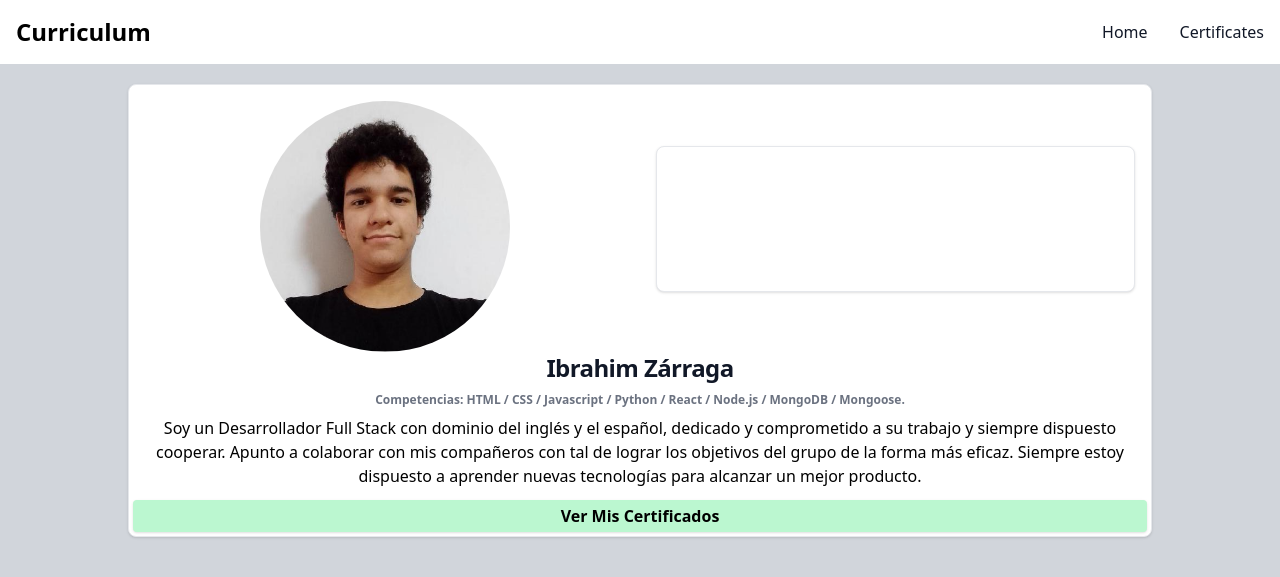
Repository: JetPi/Presentatio-Project
Page: /
An editor plug-in stored every save of this project. The page is shown before and after the next save, followed by the edit.
The browser window is 1280 px wide. The pictures show the whole page.
The project was rebuilt for these pictures with package versions that can differ from the ones it lists, and the page was loaded fresh each time. The framework's server and built-in components were replaced by stand-ins that run in the browser. Also part of the build but not shown: next.config.js.

Above is the page before, as saved 2023-04-04 14:11:46.

### src/pages/_app.tsx
import "@/styles/globals.css";
import type { AppProps } from "next/app";
import { NavBar } from "@/components/NavBar";

const navList = [
  { text: "Home", href: "/" },
  { text: "Certificates", href: "/about/certificates" },
];

export default function App({ Component, pageProps }: AppProps) {
  return (
    <div className="min-h-screen pb-2 bg-gray-300 h-cover">
      <NavBar navList={navList} />
      <Component {...pageProps} />
    </div>
  );
}

### src/pages/index.tsx
import Head from "next/head";
import Image from "next/image";
import { Inter } from "next/font/google";
import styles from "@/styles/Home.module.css";
import { Card } from "@/components/Card";
import { CardTitle } from "@/components/Card";
import { Url } from "url";
import { LinkButton } from "@/components/Button";
import Link from "next/link";

const inter = Inter({ subsets: ["latin"] });

let mySkills = [
  "HTML",
  "CSS",
  "Javascript",
  "Python",
  "React",
  "Node.js",
  "MongoDB",
  "Mongoose",
];

let myDescription =
  "Soy un Desarrollador Full Stack con dominio del inglés y el español, dedicado y comprometido a su trabajo y siempre dispuesto cooperar. Apunto a colaborar con mis compañeros con tal de lograr los objetivos del grupo de la forma más eficaz. Siempre estoy dispuesto a aprender nuevas tecnologías para alcanzar un mejor producto.";

for (let i = 0; i < mySkills.length; i++) {
  const element = mySkills[i];
  if (i === mySkills.length - 1) {
    mySkills[i] = element + ".";
  } else {
    mySkills[i] = element + " / ";
  }
}

export default function Home() {
  const url: Url = {
    href: "/about/certificates",
    auth: null,
    hash: null,
    host: null,
    hostname: null,
    path: null,
    pathname: null,
    protocol: null,
    search: null,
    slashes: null,
    port: null,
    query: null,
  };

  const linkedInLink: Url = {
    href: "https://www.linkedin.com/in/ibrahim-z%C3%A1rraga-56ba29240/?locale=es_ES",
    auth: null,
    hash: null,
    host: null,
    hostname: null,
    path: null,
    pathname: null,
    protocol: null,
    search: null,
    slashes: null,
    port: null,
    query: null,
  };
  return (
    <>
      <div className="flex justify-center pt-5 ">
        <Card styling="flex flex-col w-4/5">
          <div className="grid grid-cols-2">
            <Image
              className="flex mx-auto mt-4 rounded-full "
              src={"/Foto de Presentación.png"}
              width={250}
              height={250}
              alt={"Profile Photo"}
            />
            <div className="my-auto">
              <Card styling="bg-green-600 mx-cover h-fit text-white p-6 m-4 flex flex-col">
                <div className="flex flex-row flex-wrap">
                  <b>Email:</b>{" "}
                  <span className="ml-auto">
                    ialejandromonasterios@gmail.com
                  </span>
                </div>
                <div className="flex flex-row">
                  <b>Phone:</b> <span className="ml-auto">0424-1434083</span>
                </div>
                <div className="flex flex-row">
                  <b>LinkedIn:</b>{" "}
                  <Link
                    href="https://www.linkedin.com/in/ibrahim-z%C3%A1rraga-56ba29240/?locale=es_ES"
                    className="ml-auto"
                  >
                    <svg
                      xmlns="http://www.w3.org/2000/svg"
                      className="w-5 h-5"
                      fill="currentColor"
                      viewBox="0 0 24 24"
                    >
                      <path d="M4.98 3.5c0 1.381-1.11 2.5-2.48 2.5s-2.48-1.119-2.48-2.5c0-1.38 1.11-2.5 2.48-2.5s2.48 1.12 2.48 2.5zm.02 4.5h-5v16h5v-16zm7.982 0h-4.968v16h4.969v-8.399c0-4.67 6.029-5.052 6.029 0v8.399h4.988v-10.131c0-7.88-8.922-7.593-11.018-3.714v-2.155z" />
                    </svg>
                  </Link>
                </div>
                <div className="flex flex-row">
                  <b>GitHub:</b>{" "}
                  <Link href="https://github.com/JetPi" className="ml-auto">
                    <svg
                      xmlns="http://www.w3.org/2000/svg"
                      className="w-5 h-5"
                      fill="currentColor"
                      viewBox="0 0 24 24"
                    >
                      <path d="M12 0c-6.626 0-12 5.373-12 12 0 5.302 3.438 9.8 8.207 11.387.599.111.793-.261.793-.577v-2.234c-3.338.726-4.033-1.416-4.033-1.416-.546-1.387-1.333-1.756-1.333-1.756-1.089-.745.083-.729.083-.729 1.205.084 1.839 1.237 1.839 1.237 1.07 1.834 2.807 1.304 3.492.997.107-.775.418-1.305.762-1.604-2.665-.305-5.467-1.334-5.467-5.931 0-1.311.469-2.381 1.236-3.221-.124-.303-.535-1.524.117-3.176 0 0 1.008-.322 3.301 1.23.957-.266 1.983-.399 3.003-.404 1.02.005 2.047.138 3.006.404 2.291-1.552 3.297-1.23 3.297-1.23.653 1.653.242 2.874.118 3.176.77.84 1.235 1.911 1.235 3.221 0 4.609-2.807 5.624-5.479 5.921.43.372.823 1.102.823 2.222v3.293c0 .319.192.694.801.576 4.765-1.589 8.199-6.086 8.199-11.386 0-6.627-5.373-12-12-12z" />
                    </svg>
                  </Link>
                </div>
              </Card>
            </div>
          </div>
          <CardTitle>Ibrahim Zárraga</CardTitle>
          <div className="mx-auto text-xs font-semibold text-gray-500">
            Competencias: {mySkills}
          </div>
          <div className="m-2 text-base text-center">{myDescription}</div>
          <LinkButton href={url}>Ver Mis Certificados</LinkButton>
        </Card>
      </div>
    </>
  );
}

### src/styles/globals.css
@tailwind base;
@tailwind components;
@tailwind utilities;

:root {
  --max-width: 1100px;
  --border-radius: 12px;
  --font-mono: ui-monospace, Menlo, Monaco, "Cascadia Mono", "Segoe UI Mono",
    "Roboto Mono", "Oxygen Mono", "Ubuntu Monospace", "Source Code Pro",
    "Fira Mono", "Droid Sans Mono", "Courier New", monospace;

  --foreground-rgb: 0, 0, 0;
  --background-start-rgb: 214, 219, 220;
  --background-end-rgb: 255, 255, 255;

  --primary-glow: conic-gradient(
    from 180deg at 50% 50%,
    #16abff33 0deg,
    #0885ff33 55deg,
    #54d6ff33 120deg,
    #0071ff33 160deg,
    transparent 360deg
  );
  --secondary-glow: radial-gradient(
    rgba(255, 255, 255, 1),
    rgba(255, 255, 255, 0)
  );

  --tile-start-rgb: 239, 245, 249;
  --tile-end-rgb: 228, 232, 233;
  --tile-border: conic-gradient(
    #00000080,
    #00000040,
    #00000030,
    #00000020,
    #00000010,
    #00000010,
    #00000080
  );

  --callout-rgb: 238, 240, 241;
  --callout-border-rgb: 172, 175, 176;
  --card-rgb: 180, 185, 188;
  --card-border-rgb: 131, 134, 135;
}

@media (prefers-color-scheme: dark) {
  :root {
    --foreground-rgb: 255, 255, 255;
    --background-start-rgb: 0, 0, 0;
    --background-end-rgb: 0, 0, 0;

    --primary-glow: radial-gradient(rgba(1, 65, 255, 0.4), rgba(1, 65, 255, 0));
    --secondary-glow: linear-gradient(
      to bottom right,
      rgba(1, 65, 255, 0),
      rgba(1, 65, 255, 0),
      rgba(1, 65, 255, 0.3)
    );

    --tile-start-rgb: 2, 13, 46;
    --tile-end-rgb: 2, 5, 19;
    --tile-border: conic-gradient(
      #ffffff80,
      #ffffff40,
      #ffffff30,
      #ffffff20,
      #ffffff10,
      #ffffff10,
      #ffffff80
    );

    --callout-rgb: 20, 20, 20;
    --callout-border-rgb: 108, 108, 108;
    --card-rgb: 100, 100, 100;
    --card-border-rgb: 200, 200, 200;
  }
}

* {
  box-sizing: border-box;
  padding: 0;
  margin: 0;
}

html,
body {
  max-width: 100vw;
  overflow-x: hidden;
}

body {
  color: rgb(var(--foreground-rgb));
}

a {
  color: inherit;
  text-decoration: none;
}

@media (prefers-color-scheme: dark) {
  html {
    color-scheme: dark;
  }
}

### src/components/NavBar.tsx
import Image from "next/image";
import Link from "next/link";
import { ReactNode } from "react";
type NavData = {
  href: string;
  text: string;
};

interface Props {
  children?: ReactNode | string;
  href?: string;
  navList?: Array<NavData>;
}

function NavItem({ children, href }: Props) {
  return (
    <li>
      <Link
        href={{ pathname: href }}
        className="block py-2 pl-3 pr-4 text-gray-900 rounded hover:bg-gray-100 md:hover:bg-transparent md:border-0 md:hover:text-blue-700 md:p-0 dark:text-white md:dark:hover:text-blue-500 dark:hover:bg-gray-700 dark:hover:text-white md:dark:hover:bg-transparent"
      >
        {children}
      </Link>
    </li>
  );
}

export function NavBar({ navList }: Props) {
  return (
    <nav className="bg-white border-gray-200 dark:bg-gray-900">
      <div className="flex flex-wrap items-center justify-between max-w-screen-xl p-4 mx-auto">
        <span className="self-center text-2xl font-semibold whitespace-nowrap dark:text-white">
          Curriculum
        </span>
        <button
          data-collapse-toggle="navbar-default"
          type="button"
          className="inline-flex items-center p-2 ml-3 text-sm text-gray-500 rounded-lg md:hidden hover:bg-gray-100 focus:outline-none focus:ring-2 focus:ring-gray-200 dark:text-gray-400 dark:hover:bg-gray-700 dark:focus:ring-gray-600"
          aria-controls="navbar-default"
          aria-expanded="false"
        >
          <span className="sr-only">Open main menu</span>
          <svg
            className="w-6 h-6"
            aria-hidden="true"
            fill="currentColor"
            viewBox="0 0 20 20"
            xmlns="http://www.w3.org/2000/svg"
          >
            <path
              fillRule="evenodd"
              d="M3 5a1 1 0 011-1h12a1 1 0 110 2H4a1 1 0 01-1-1zM3 10a1 1 0 011-1h12a1 1 0 110 2H4a1 1 0 01-1-1zM3 15a1 1 0 011-1h12a1 1 0 110 2H4a1 1 0 01-1-1z"
              clipRule="evenodd"
            ></path>
          </svg>
        </button>
        <div className="hidden w-full md:block md:w-auto" id="navbar-default">
          <ul className="flex flex-col p-4 mt-4 font-medium border border-gray-100 rounded-lg md:p-0 bg-gray-50 md:flex-row md:space-x-8 md:mt-0 md:border-0 md:bg-white dark:bg-gray-800 md:dark:bg-gray-900 dark:border-gray-700">
            {navList?.map((item) => {
              return (
                <NavItem href={item.href} key={Math.random()}>
                  {item.text}
                </NavItem>
              );
            })}
          </ul>
        </div>
      </div>
    </nav>
  );
}

### src/components/Card.tsx
import { redirect } from "next/dist/server/api-utils";
import Link from "next/link";
import { useRouter } from "next/router";
import { Url } from "url";
import React, { MouseEventHandler, ReactNode, useState } from "react";
interface Props {
  children?: ReactNode;
  styling?: string;
  href?: string;
}

interface ButtonProps {
  children?: ReactNode;
  styling?: string;
  href: Url;
}

export function Card({ styling, children }: Props) {
  return (
    <div
      className={`${
        styling ? styling : "flex justify-stretch p-6"
      }  bg-white border border-gray-200 rounded-lg shadow dark:bg-gray-800 dark:border-gray-700 dark:hover:bg-gray-700`}
    >
      {children}
      <p className="font-normal text-gray-700 dark:text-gray-400"></p>
    </div>
  );
}

export function CardButton({ href, styling, children }: ButtonProps) {
  return (
    <Link
      className={`${
        styling ? styling : "w-32  "
      } p-2 text-center bg-white border border-gray-200 rounded-lg shadow hover:bg-gray-100 dark:bg-gray-800 dark:border-gray-700 dark:hover:bg-gray-700`}
      href={href.href}
    >
      {children}
    </Link>
  );
}

export function CardTitle({ children }: Props) {
  return (
    <h5 className="mb-2 text-2xl font-bold tracking-tight text-center text-gray-900 dark:text-white">
      {children}
    </h5>
  );
}

### src/components/Button.tsx
import { Url } from "url";
import Link from "next/link";
import React from "react";

interface ButtonProps {
  styling?: string;
  onClick?: React.MouseEventHandler;
  children?: React.ReactNode;
}

interface LinkProps {
  styling?: string;
  href: Url;
  children?: React.ReactNode;
}

export function Button({ onClick, styling, children }: ButtonProps) {
  return (
    <button
      className={`${styling} px-2 py-1 m-1 font-semibold bg-green-200 rounded`}
      onClick={onClick}
    >
      {children}
    </button>
  );
}

export function LinkButton({ href, styling, children }: LinkProps) {
  return (
    <Link
      href={href.href}
      className={`${styling} flex justify-center px-2 py-1 m-1 font-semibold bg-green-200 rounded shadow hover:bg-green-300 dark:bg-gray-800 dark:border-gray-700 dark:hover:bg-gray-700`}
    >
      {children}
    </Link>
  );
}

Loaded but not shown: src/pages/_document.tsx (common file); tailwind.config.js (common file)

After the next save:
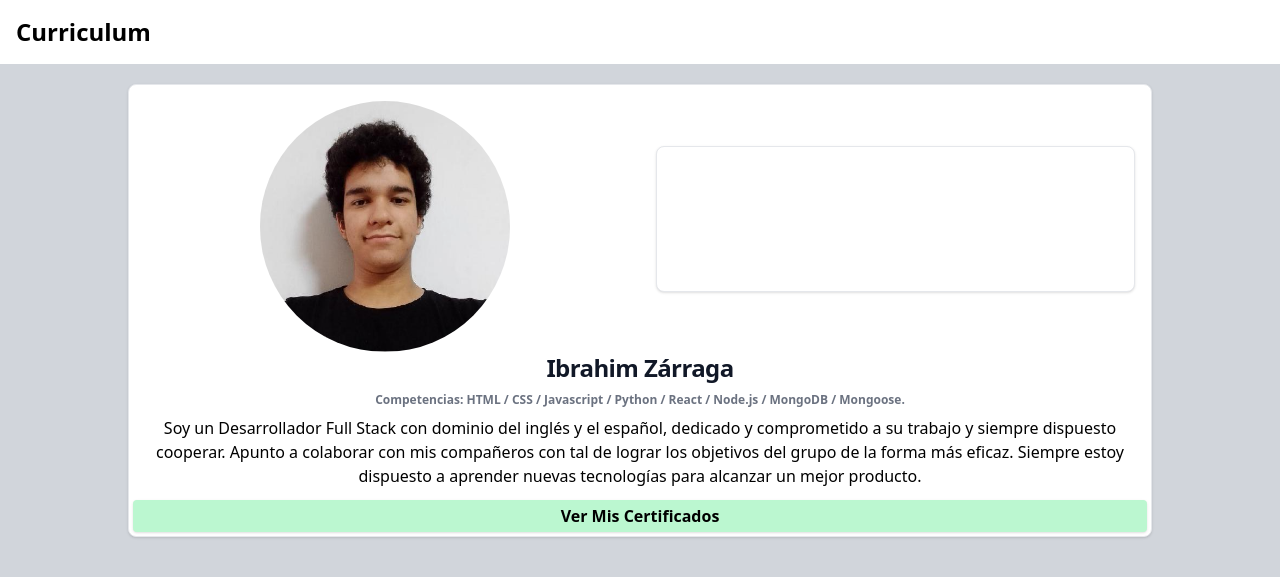
Saved 109 s later.
--- a/src/components/NavBar.tsx
+++ b/src/components/NavBar.tsx
@@ -32,29 +32,8 @@ export function NavBar({ navList }: Props) {
         <span className="self-center text-2xl font-semibold whitespace-nowrap dark:text-white">
           Curriculum
         </span>
-        <button
-          data-collapse-toggle="navbar-default"
-          type="button"
-          className="inline-flex items-center p-2 ml-3 text-sm text-gray-500 rounded-lg md:hidden hover:bg-gray-100 focus:outline-none focus:ring-2 focus:ring-gray-200 dark:text-gray-400 dark:hover:bg-gray-700 dark:focus:ring-gray-600"
-          aria-controls="navbar-default"
-          aria-expanded="false"
-        >
-          <span className="sr-only">Open main menu</span>
-          <svg
-            className="w-6 h-6"
-            aria-hidden="true"
-            fill="currentColor"
-            viewBox="0 0 20 20"
-            xmlns="http://www.w3.org/2000/svg"
-          >
-            <path
-              fillRule="evenodd"
-              d="M3 5a1 1 0 011-1h12a1 1 0 110 2H4a1 1 0 01-1-1zM3 10a1 1 0 011-1h12a1 1 0 110 2H4a1 1 0 01-1-1zM3 15a1 1 0 011-1h12a1 1 0 110 2H4a1 1 0 01-1-1z"
-              clipRule="evenodd"
-            ></path>
-          </svg>
-        </button>
-        <div className="hidden w-full md:block md:w-auto" id="navbar-default">
+
+        <div className="hidden w-full mblock " id="navbar-default">
           <ul className="flex flex-col p-4 mt-4 font-medium border border-gray-100 rounded-lg md:p-0 bg-gray-50 md:flex-row md:space-x-8 md:mt-0 md:border-0 md:bg-white dark:bg-gray-800 md:dark:bg-gray-900 dark:border-gray-700">
             {navList?.map((item) => {
               return (
